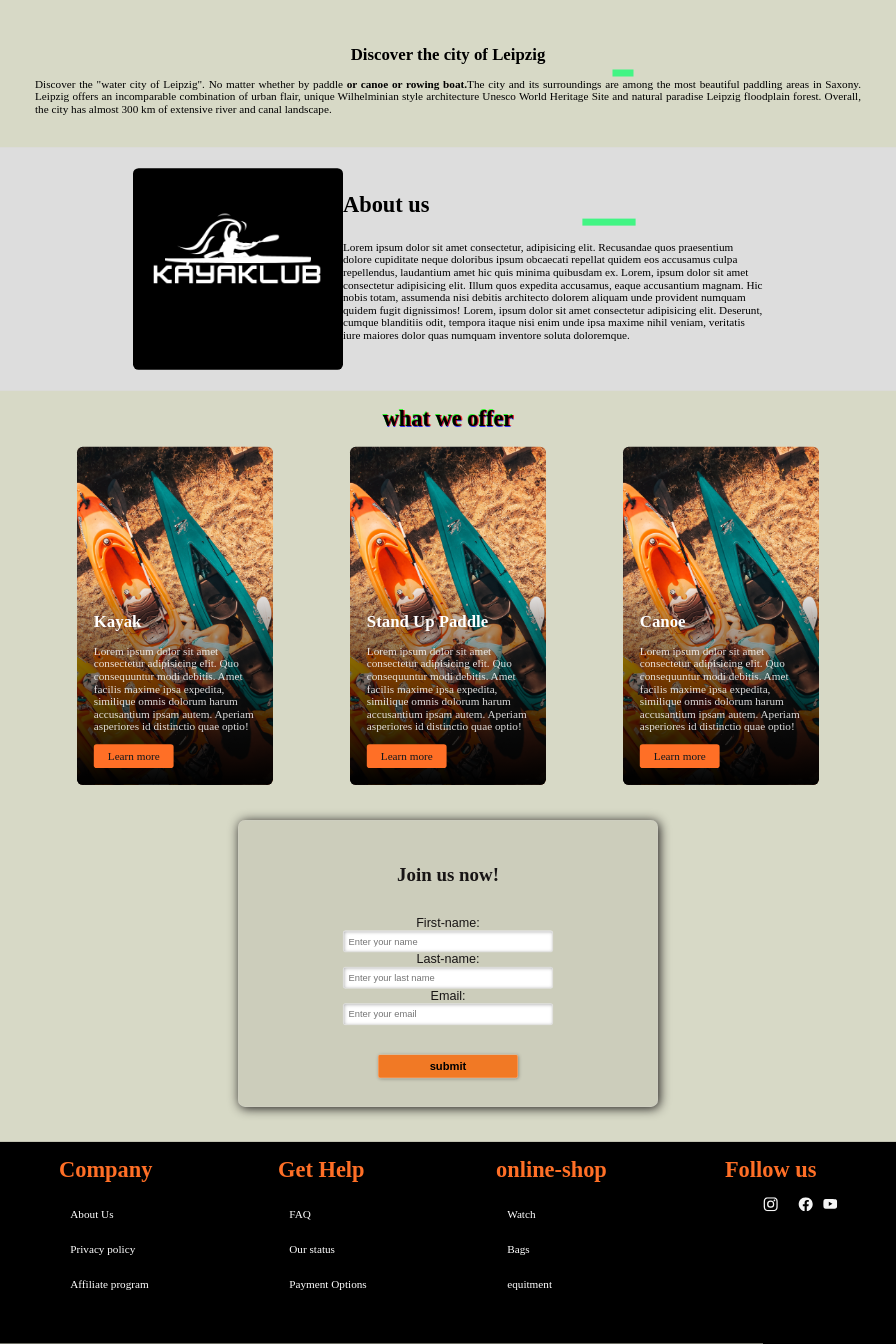
Repository: joseluis2289/Responsive-club-website
Page: index.html
These files come from the project's save history. The page is drawn as it stood at one moment and after the next save; the edit follows.
The browser window is 1280 px wide. The pictures show the part of the page from y = 776 to 2696 px (the page is 2696 px tall before and 2671 px after), at 70% of full size.
Some web fonts or font styles are not loaded; a fallback is used.

Above is the page before, as saved 2021-08-25 10:33:57.

After the next save:
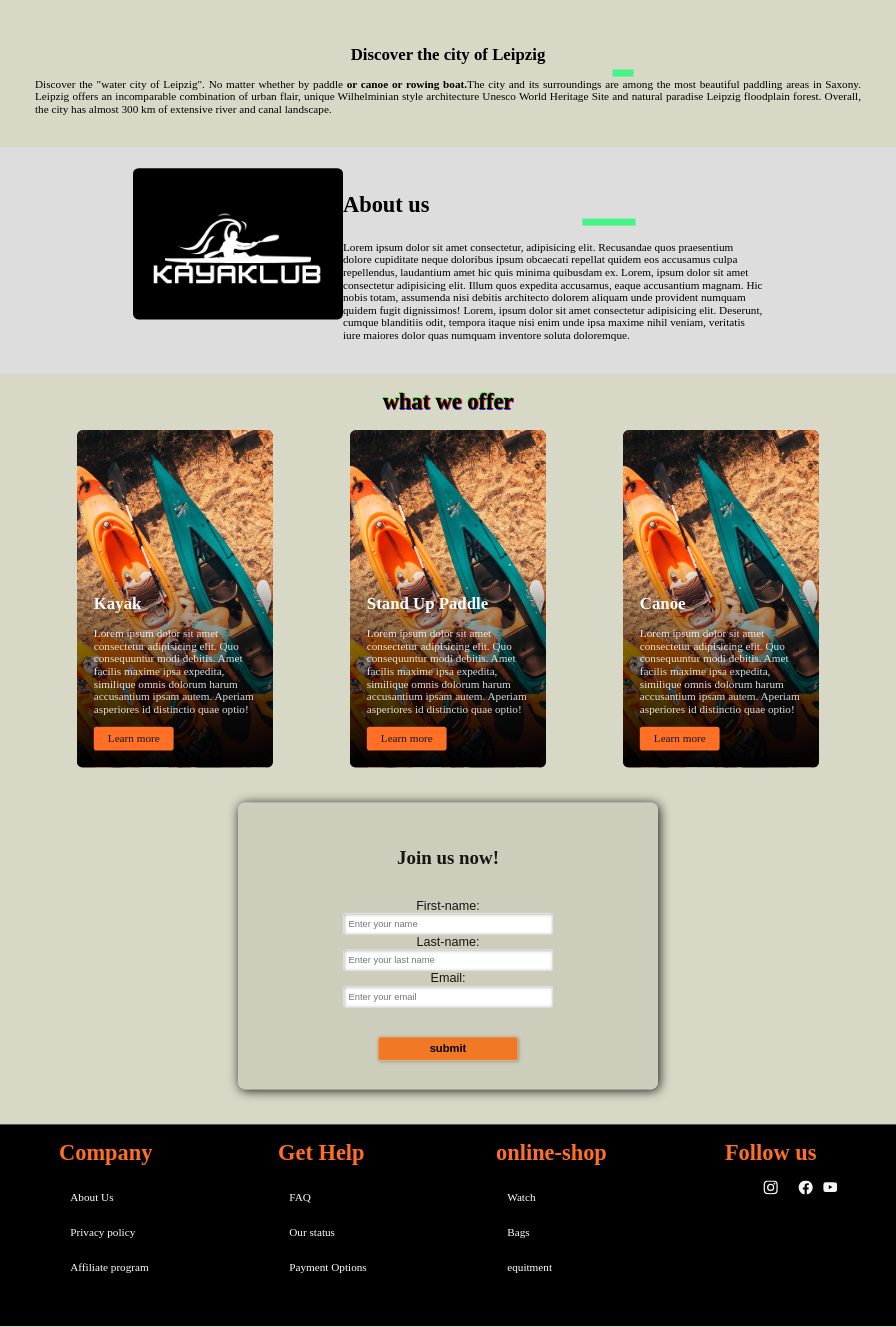
Saved 8 s later.
--- a/style.css
+++ b/style.css
@@ -159,7 +159,7 @@ body{
     border-radius: 0.5rem;
     margin: 0 0 0 auto;
     width: 300px;
-    height: 40vh;
+    height: 30vh;
 }
 .aboutUs-text{
     width: 600px;
